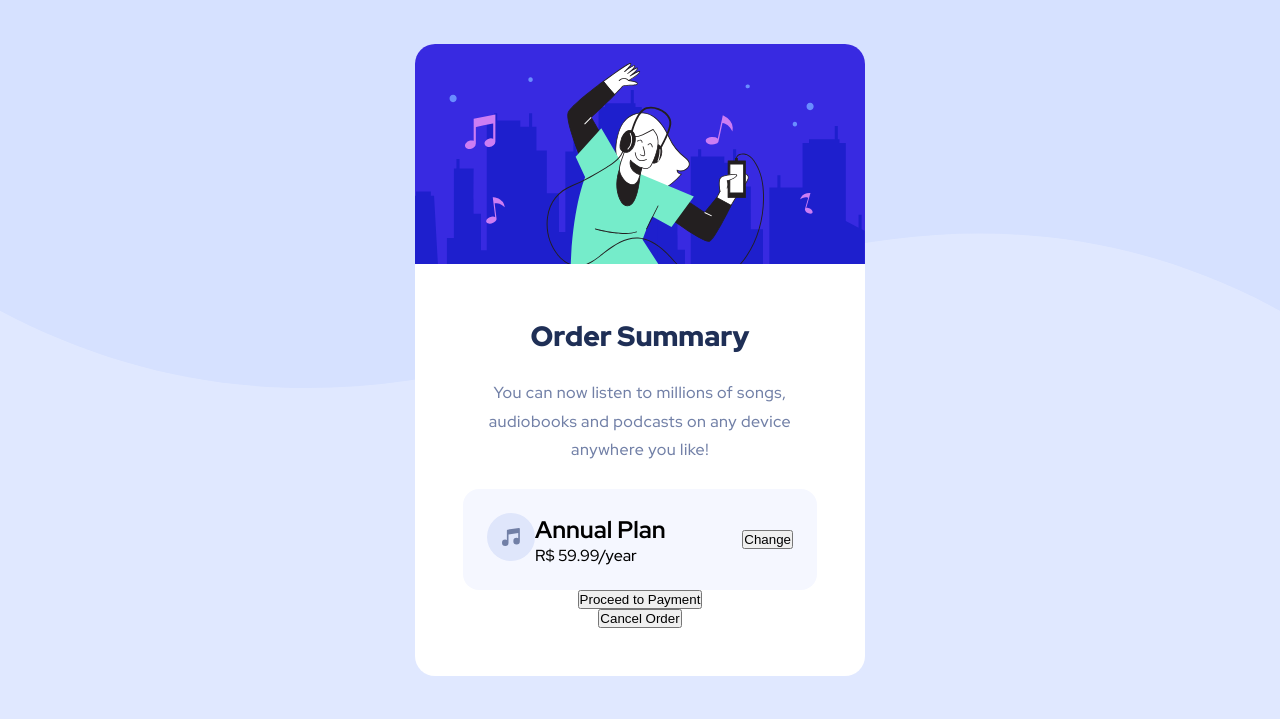
Repository: gccavalheiro/order-summary-card
Page: index.html
An editor plug-in stored every save of this project. The page is shown before and after the next save, followed by the edit.
The browser window is 1280 px wide. The pictures show the whole page.

Above is the page before, as saved 2021-12-17 02:14:33.

### index.html
<!DOCTYPE html>
<html lang="en">

<head>
  <meta charset="UTF-8" />
  <meta http-equiv="X-UA-Compatible" content="IE=edge" />
  <meta name="viewport" content="width=device-width, initial-scale=1.0" />
  <link rel="preconnect" href="https://fonts.googleapis.com">
  <link rel="preconnect" href="https://fonts.gstatic.com" crossorigin>
  <link href="https://fonts.googleapis.com/css2?family=Red+Hat+Display:wght@500;700;900&display=swap" rel="stylesheet">
  <link rel="icon" type="image/png" sizes="32x32" href="./images/favicon-32x32.png" />
  <title>Frontend Mentor | Order summary card</title>
  <link rel="stylesheet" href="./assets/css/main.css" />
</head>

<body>
  <main>
    <div class="card">
      <div class="card-header">
        <img src="./assets/images/illustration-hero.svg" alt="Illustration Woman">
      </div>
      <div class="card-body">
        <div class="card-info">
          <h1>Order Summary</h1>
          <p>You can now listen to millions of songs,
            audiobooks and podcasts on any device
            anywhere you like! </p>
        </div>
        <div class="card-plan">
          <div class="card-plan-detail">
            <div class="card-plan-icon-detail">
              <img src="./assets/images/icon-music.svg" alt="Icon Music" />
            </div>
            <div class="card-plan-info-detail">
              <h2>Annual Plan</h2>
              <p>R$ 59.99/year</p>
            </div>
          </div>
          <button class="card-plan-button">Change</button>
        </div>
        <button class="card-button-payment">Proceed to Payment</button>
        <button class="card-button-cancel">Cancel Order</button>
      </div>
    </div>
  </main>
</body>

</html>

### assets/css/main.css
:root {
  --primary-pale-blue: hsl(225, 100%, 94%);
  --secondary-bright-blue: hsl(245, 75%, 52%);
  --very-pale-blue:hsl(225, 100%, 98%);
  --desaturated-blue: hsl(224, 23%, 55%);
  --dark-blue: hsl(223, 47%, 23%);
  --variant-blue: hsl(245, 83%, 68%);
  --white: hsl(0, 0%, 100%);
}

* {
  margin: 0;
  padding: 0;
  outline: 0;
  box-sizing: border-box;
  text-rendering: optimizeLegibility;
  -webkit-font-smoothing: antialiased;
  -moz-osx-font-smoothing: grayscale;
}


body {
  font-family: 'Red Hat Display', sans-serif;
  font-size: 1rem;
  background-color: var(--primary-pale-blue);
  background-image: url('../images/pattern-background-desktop.svg');
  background-repeat: no-repeat;
  background-position: top center;
  background-size: contain;
}

img {
  width: 100%;
}

main {
  display: flex;
  align-items: center;
  justify-content: center;
  width: 100%;
  height: 100vh;
}

.card {
  display: flex;
  flex-direction: column;
  width: 100%;
  max-width: 450px;
  border-radius: 20px;
  background-color: var(--white);
}

.card-header {
  width: 100%;
  border-top-left-radius: 20px;
  border-top-right-radius: 20px;
  overflow: hidden;
}

.card-body {
  display: flex;
  flex-direction: column;
  align-items: center;
  padding: 48px;
}

.card-info {
  display: flex;
  flex-direction: column;
  align-items: center;
  text-align: center;
}

.card-info h1{
  font-size: 1.75rem;
  color: var(--dark-blue);
  font-weight: 900;
}

.card-info p{
  font-size: 1rem;
  color: var(--desaturated-blue);
  font-weight: 500;
  letter-spacing: 0.03em;
  line-height: 1.8;
  margin: 24px 0;
}



.card-plan {
  display: flex;
  align-items: center;
  justify-content: space-between;
  width: 100%;
  background-color: var(--very-pale-blue);
  padding: 24px;
  border-radius: 16px;
}

.card-plan-detail{
  display: flex;
  align-items: center;
}

.card-plan-detail svg {
  margin-right: 8px;
}

.card-plan-icon-detail{}
.card-plan-info-detail{}
.card-plan-button{}
.card-button-payment{}
.card-button-cancel{}

After the next save:
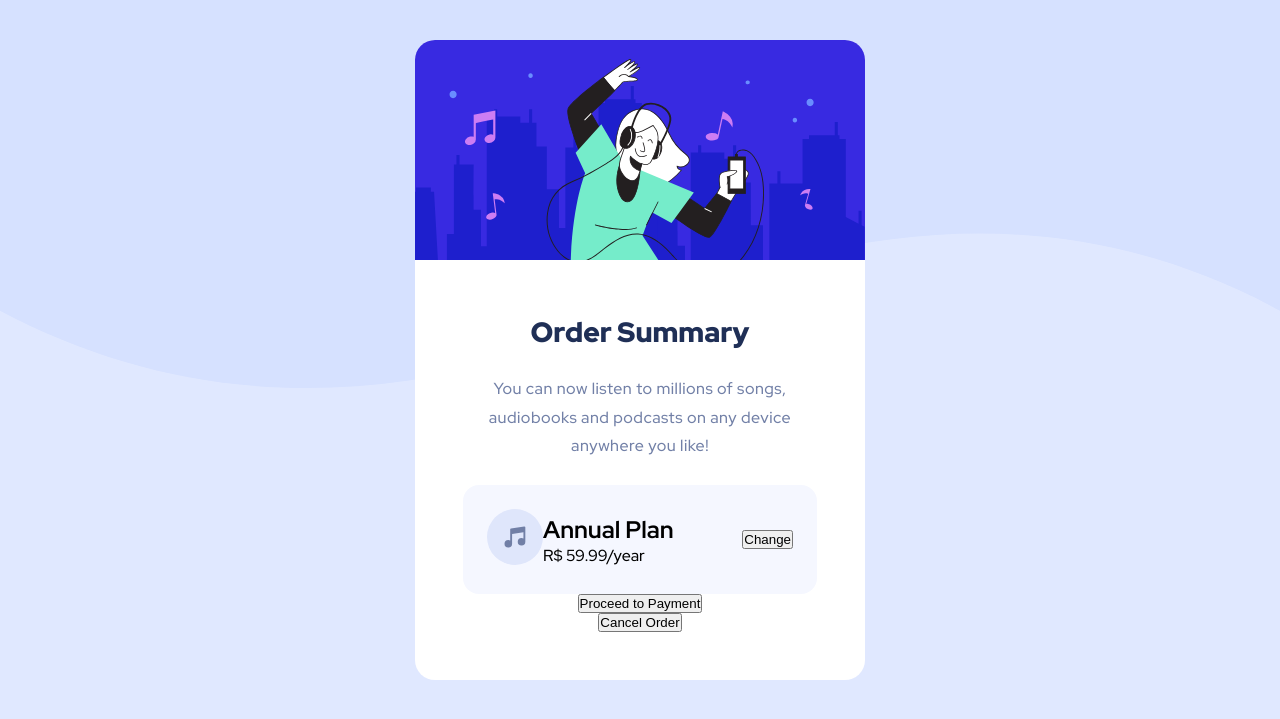
Saved 12 s later.
--- a/assets/css/main.css
+++ b/assets/css/main.css
@@ -103,7 +103,7 @@ main {
   align-items: center;
 }
 
-.card-plan-detail svg {
+.card-plan-detail img {
   margin-right: 8px;
 }
 
